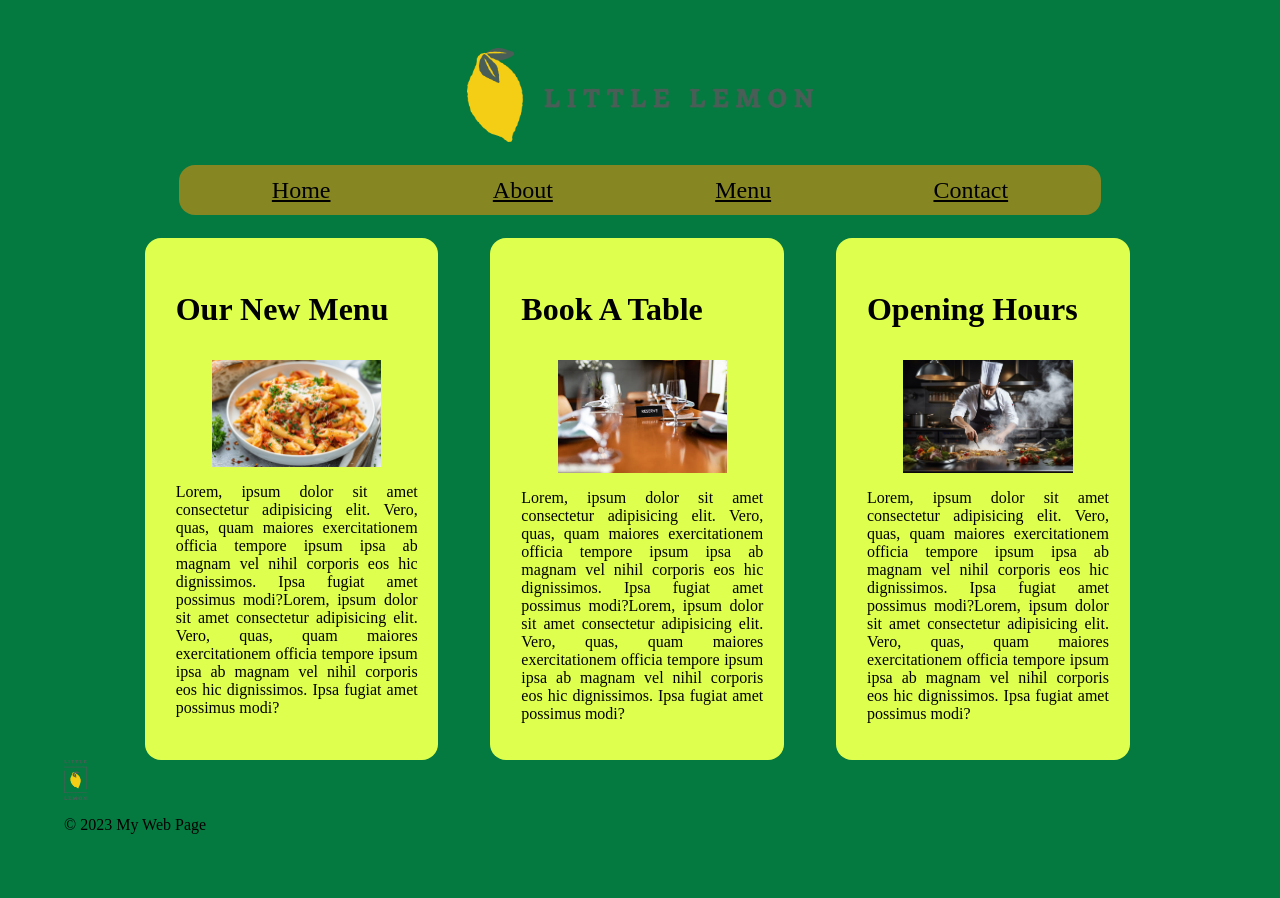
Repository: Yeshwanth-189/meta-html-css
Page: index.html
The author's editor kept a copy of each file at every save. The page is drawn from the files as they stood at one save, then again after the next save.
The browser window is 1280 px wide. The pictures show the whole page.

Above is the page before, as saved 2025-04-21 23:11:04.

### index.html
<!DOCTYPE html>
<html lang="en">
    <head>
        <meta charset="UTF-8">
        <meta name="viewport" content="width=device-width, initial-scale=1.0">
        <title>Little Lemon</title>
        <link rel="stylesheet" href="styles.css">
        <meta name="description" content="A simple web page for Little Lemon restaurant.">
        <meta name="author" content="Little Lemon Restaurant">
    </head>
    <body>
        <header>
            <img src="/Logos/Asset 16@4x.png" alt="Little Lemon Logo" id="logo">
            <nav id="navbar">
                <ul>
                    <li><a href="home">Home</a></li>
                    <li><a href="about">About</a></li>
                    <li><a href="menu">Menu</a></li>
                    <li><a href="contact">Contact</a></li>
                </ul>
        </header>
        <main>
            <section>
                <article>
                    <h1>Our New Menu</h1>
                    <img src="/Logos/Pasta.png" alt="Pasta Image" id="article-image">
                    <p>Lorem, ipsum dolor sit amet consectetur adipisicing elit. Vero, quas, quam maiores exercitationem officia tempore ipsum ipsa ab magnam vel nihil corporis eos hic dignissimos. Ipsa fugiat amet possimus modi?Lorem, ipsum dolor sit amet consectetur adipisicing elit. Vero, quas, quam maiores exercitationem officia tempore ipsum ipsa ab magnam vel nihil corporis eos hic dignissimos. Ipsa fugiat amet possimus modi?</p>
                </article>
                <article>
                    <h1>Book A Table</h1>
                    <img src="/Logos/reserve.jpg" alt="Reserve Image" id="article-image">
                    <p>Lorem, ipsum dolor sit amet consectetur adipisicing elit. Vero, quas, quam maiores exercitationem officia tempore ipsum ipsa ab magnam vel nihil corporis eos hic dignissimos. Ipsa fugiat amet possimus modi?Lorem, ipsum dolor sit amet consectetur adipisicing elit. Vero, quas, quam maiores exercitationem officia tempore ipsum ipsa ab magnam vel nihil corporis eos hic dignissimos. Ipsa fugiat amet possimus modi?</p>
                </article>
                <article>
                    <h1>Opening Hours</h1>
                    <img src="/Logos/Chef.jpg" alt="Chef Image" id="article-image">
                    <p>Lorem, ipsum dolor sit amet consectetur adipisicing elit. Vero, quas, quam maiores exercitationem officia tempore ipsum ipsa ab magnam vel nihil corporis eos hic dignissimos. Ipsa fugiat amet possimus modi?Lorem, ipsum dolor sit amet consectetur adipisicing elit. Vero, quas, quam maiores exercitationem officia tempore ipsum ipsa ab magnam vel nihil corporis eos hic dignissimos. Ipsa fugiat amet possimus modi?</p>
                </article>
            </section>
        </main>
        <footer>
            <div>
                <img src="/Logos/Asset 20@4x.png" alt="Little Lemon Logo">
            </div>
            <div>
                <p>&copy; 2023 My Web Page</p>
            </div>
        </footer>
</html>

### styles.css
body {
  background-color: #057a40;
  margin-top: 3rem;
  margin-bottom: 3rem;
  margin-left: 5%;
  margin-right: 5%;
}
h1 {
  font-size: 3rem;
}
h1 {
  font-size: 2rem;
}
header > img {
  display: block;
  margin-left: auto;
  margin-right: auto;
  width: 30%;
  height: auto;
}
nav ul {
  margin: 2% 10% 2% 10%;
  list-style-type: none;
  text-align: center;
  padding: 1%;
  background-color: rgb(134, 134, 35);
  display: flex;
  font-size: 1.5rem;
  border-radius: 1rem;
  justify-content: space-around;
}
nav li {
  display: inline-block;
}
section {
  display: flex;
  margin: 0% 3% 0% 7%;
}
article {
  flex: 1;
  padding-left: 3%;
  padding-right: 2%;
  padding-top: 2%;
  padding-bottom: 2%;
  text-align: justify;
  background-color: rgb(223, 255, 79);
  margin-right: 5%;
  border-radius: 1rem;
}
article > img {
  display: block;
  margin-left: auto;
  margin-right: auto;
  width: 70%;
  height: auto;
}
footer div {
  display: flex;
}
footer {
  flex: 1;
}
footer > div > img {
  display: block;
  width: 2%;
  height: auto;
}

a {
  color: black;
}

After the next save:
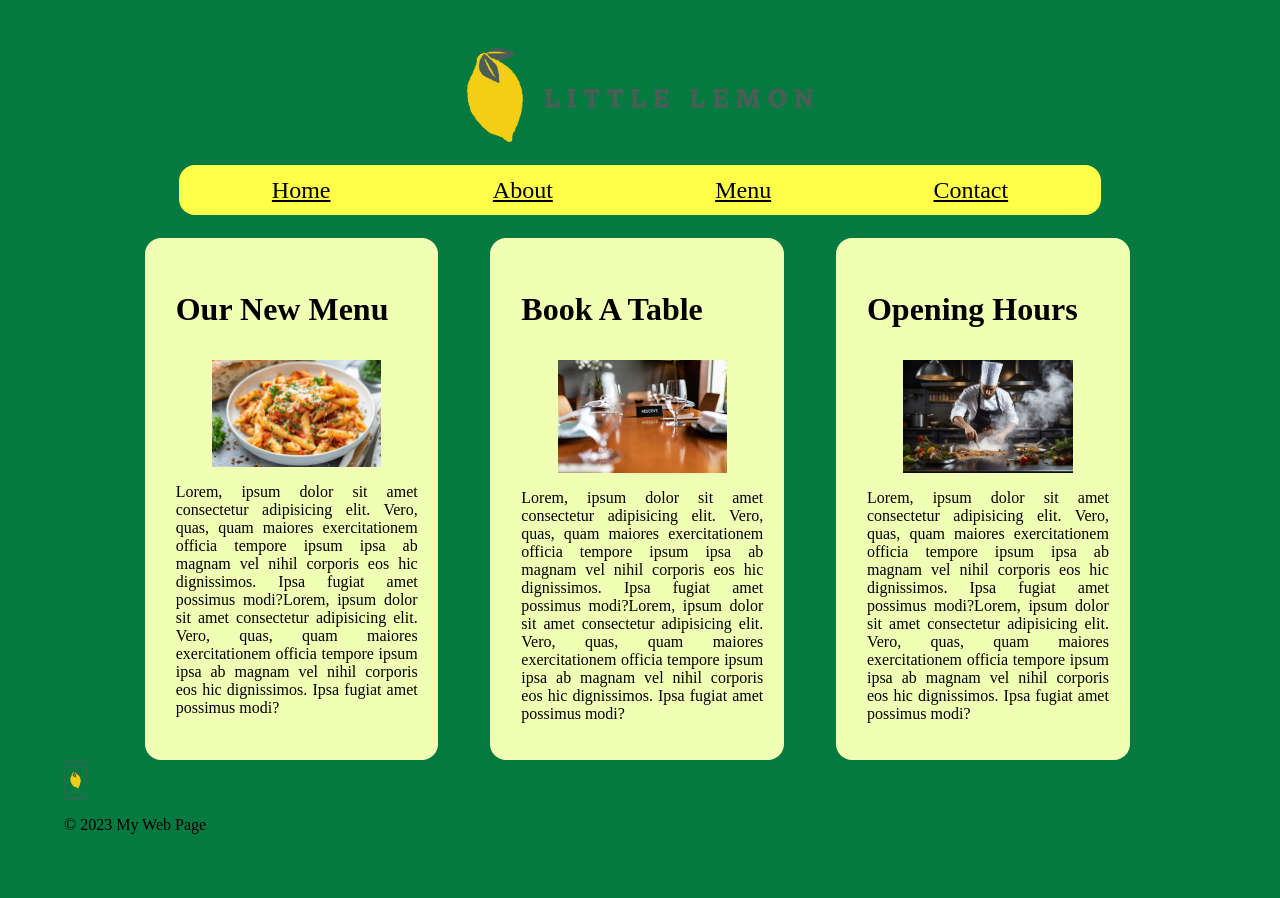
Saved 8 s later.
--- a/styles.css
+++ b/styles.css
@@ -23,7 +23,7 @@
   list-style-type: none;
   text-align: center;
   padding: 1%;
-  background-color: rgb(134, 134, 35);
+  background-color: rgb(255, 255, 74);
   display: flex;
   font-size: 1.5rem;
   border-radius: 1rem;
@@ -43,7 +43,7 @@
   padding-top: 2%;
   padding-bottom: 2%;
   text-align: justify;
-  background-color: rgb(223, 255, 79);
+  background-color: rgb(241, 255, 181);
   margin-right: 5%;
   border-radius: 1rem;
 }
